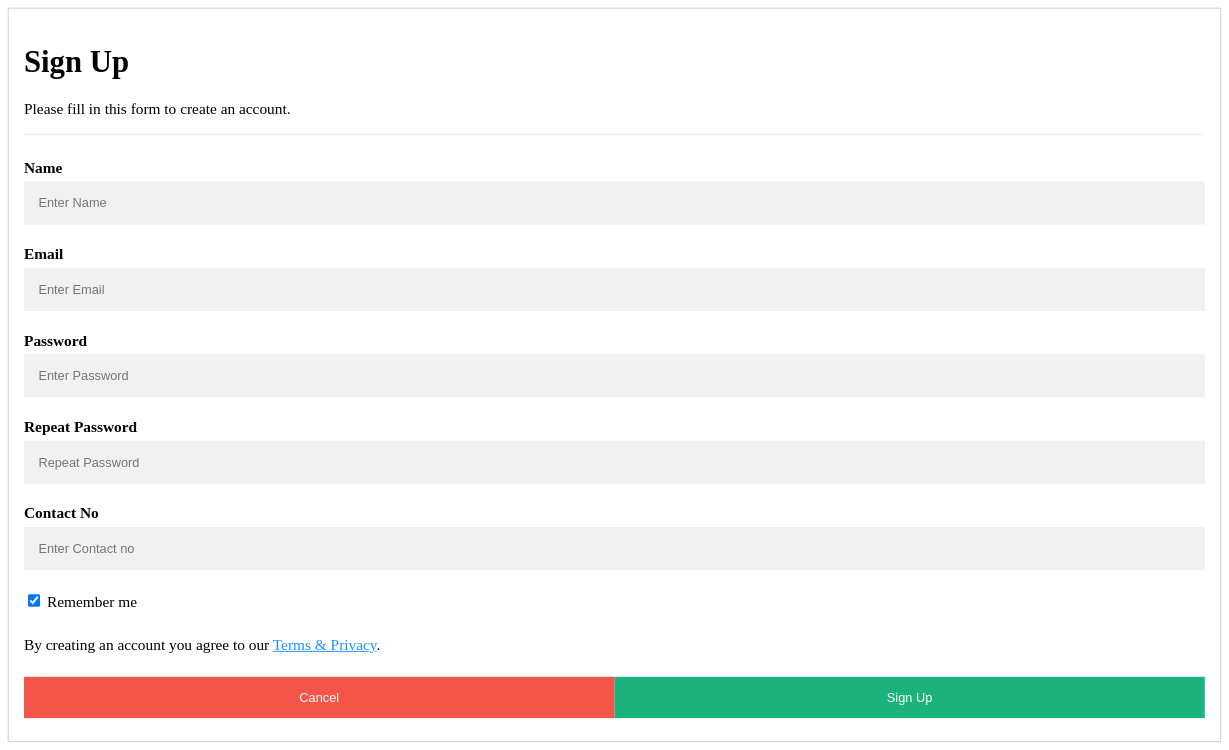
Repository: Ajay9554/javaPrograms
Page: http://localhost/website1/signup.jsp
The author's editor kept a copy of each file at every save. The page is drawn from the files as they stood at one save, then again after the next save.
The browser window is 1280 px wide. The pictures show the whole page, at 96% of full size.
The page is served by Tomcat 9. Other server files are loaded and not shown.

Above is the page before, as saved 2023-10-16 05:23:46.

### eclipse-workspace/aug1pro/website1/src/main/webapp/signup.jsp
<%@ page language="java" contentType="text/html; charset=UTF-8"
    pageEncoding="UTF-8"%>
<!DOCTYPE html>
<html>
<head>
<meta charset="UTF-8">
<title>SignUp</title>
<link rel="stylesheet" href="css/signup.css">
</head>
<body>
 <form action=""  method="post"  style="border:1px solid #ccc">
  <div class="container">
    <h1>Sign Up</h1>
    <p>Please fill in this form to create an account.</p>
    <hr>

    <label for="name"><b>Name</b></label>
    <input type="text" placeholder="Enter Name" name="name" required>

    <label for="email"><b>Email</b></label>
    <input type="text" placeholder="Enter Email" name="email" required>

    <label for="psw"><b>Password</b></label>
    <input type="password" placeholder="Enter Password" name="password" required>

    <label for="psw-repeat"><b>Repeat Password</b></label>
    <input type="password" placeholder="Repeat Password" name="psw-repeat" required>

    <label for="contact"><b>Contact No</b></label>
    <input type="text" placeholder="Enter Contact no" name="contact" required>

    <label>
      <input type="checkbox" checked="checked" name="remember" style="margin-bottom:15px"> Remember me
    </label>

    <p>By creating an account you agree to our <a href="#" style="color:dodgerblue">Terms & Privacy</a>.</p>

    <div class="clearfix">
      <button type="button" class="cancelbtn">Cancel</button>
      <button type="submit" class="signupbtn">Sign Up</button>
    </div>
  </div>
</form>
</body>
</html>

### eclipse-workspace/aug1pro/website1/src/main/webapp/css/signup.css
@charset "UTF-8";
* {box-sizing: border-box}

/* Full-width input fields */
  input[type=text], input[type=password] {
  width: 100%;
  padding: 15px;
  margin: 5px 0 22px 0;
  display: inline-block;
  border: none;
  background: #f1f1f1;
}

input[type=text]:focus, input[type=password]:focus {
  background-color: #ddd;
  outline: none;
}

hr {
  border: 1px solid #f1f1f1;
  margin-bottom: 25px;
}

/* Set a style for all buttons */
button {
  background-color: #04AA6D;
  color: white;
  padding: 14px 20px;
  margin: 8px 0;
  border: none;
  cursor: pointer;
  width: 100%;
  opacity: 0.9;
}

button:hover {
  opacity:1;
}

/* Extra styles for the cancel button */
.cancelbtn {
  padding: 14px 20px;
  background-color: #f44336;
}

/* Float cancel and signup buttons and add an equal width */
.cancelbtn, .signupbtn {
  float: left;
  width: 50%;
}

/* Add padding to container elements */
.container {
  padding: 16px;
}

/* Clear floats */
.clearfix::after {
  content: "";
  clear: both;
  display: table;
}

/* Change styles for cancel button and signup button on extra small screens */
@media screen and (max-width: 300px) {
  .cancelbtn, .signupbtn {
    width: 100%;
  }
}

After the next save:
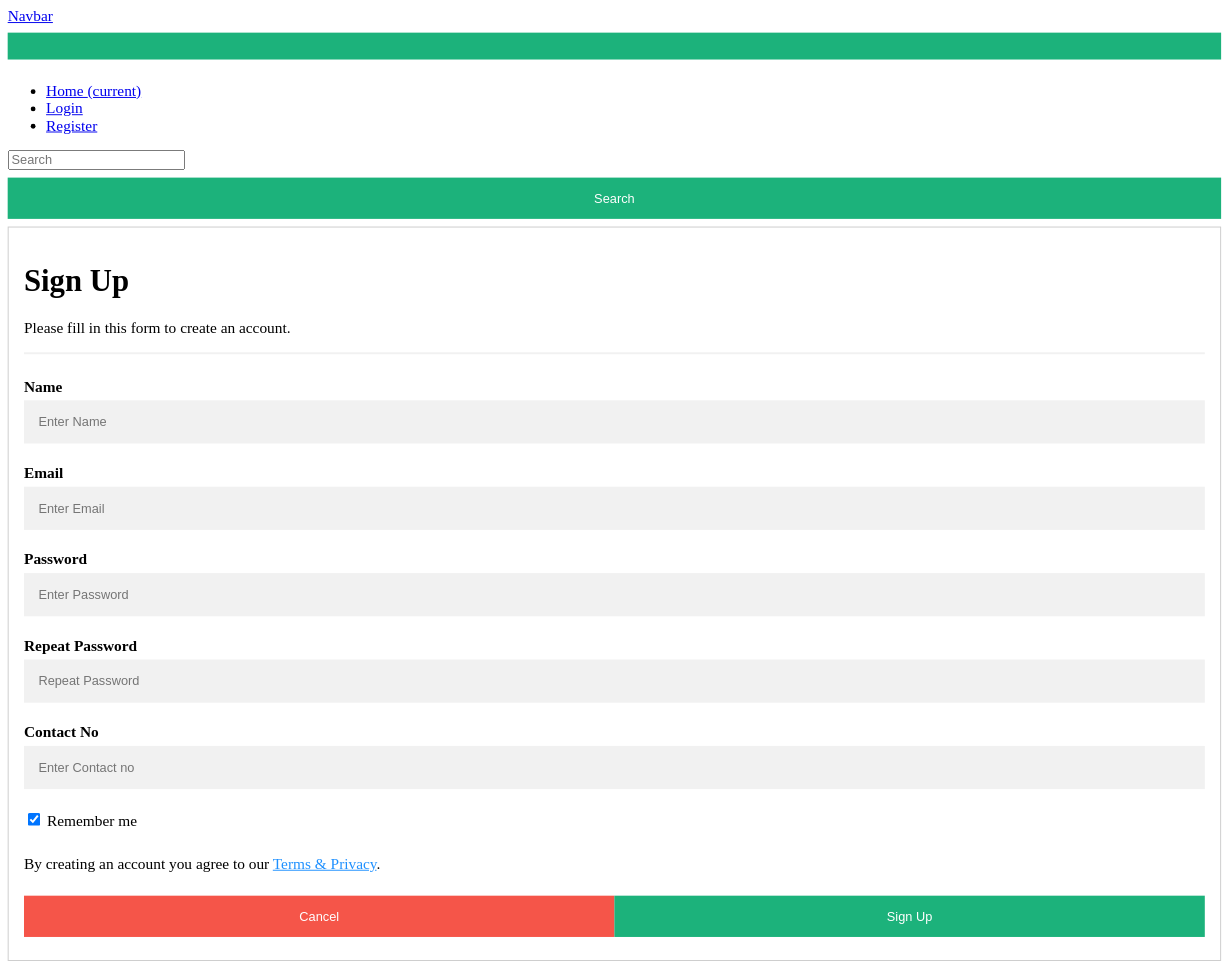
Saved 62 s later.
--- a/eclipse-workspace/aug1pro/website1/src/main/webapp/signup.jsp
+++ b/eclipse-workspace/aug1pro/website1/src/main/webapp/signup.jsp
@@ -8,6 +8,42 @@
 <link rel="stylesheet" href="css/signup.css">
 </head>
 <body>
+
+<!------------------------------------------navbar--------------------------------------------------------->
+<nav class="navbar navbar-expand-lg navbar-light bg-custom">
+  <a class="navbar-brand" href="#">Navbar</a>
+  <button class="navbar-toggler" type="button" data-toggle="collapse" data-target="#navbarSupportedContent" aria-controls="navbarSupportedContent" aria-expanded="false" aria-label="Toggle navigation">
+    <span class="navbar-toggler-icon"></span>
+  </button>
+
+  <div class="collapse navbar-collapse" id="navbarSupportedContent">
+    <ul class="navbar-nav mr-auto">
+      <li class="nav-item active">
+        <a class="nav-link" href="#">Home <span class="sr-only">(current)</span></a>
+      </li>
+      <li class="nav-item">
+        <a class="nav-link" href="login.jsp">Login</a>
+      </li>
+      <li class="nav-item">
+        <a class="nav-link" href="signup.jsp">Register</a>
+      </li>
+    </ul>
+    <form class="form-inline my-2 my-lg-0">
+      <input class="form-control mr-sm-2" type="search" placeholder="Search" aria-label="Search">
+      <button class="btn btn-outline-success my-2 my-sm-0" type="submit">Search</button>
+    </form>
+  </div>
+</nav>
+<!-----------------------------------------------end navbar----------------------------------------------->
+
+
+
+
+
+
+
+
+
  <form action=""  method="post"  style="border:1px solid #ccc">
   <div class="container">
     <h1>Sign Up</h1>
